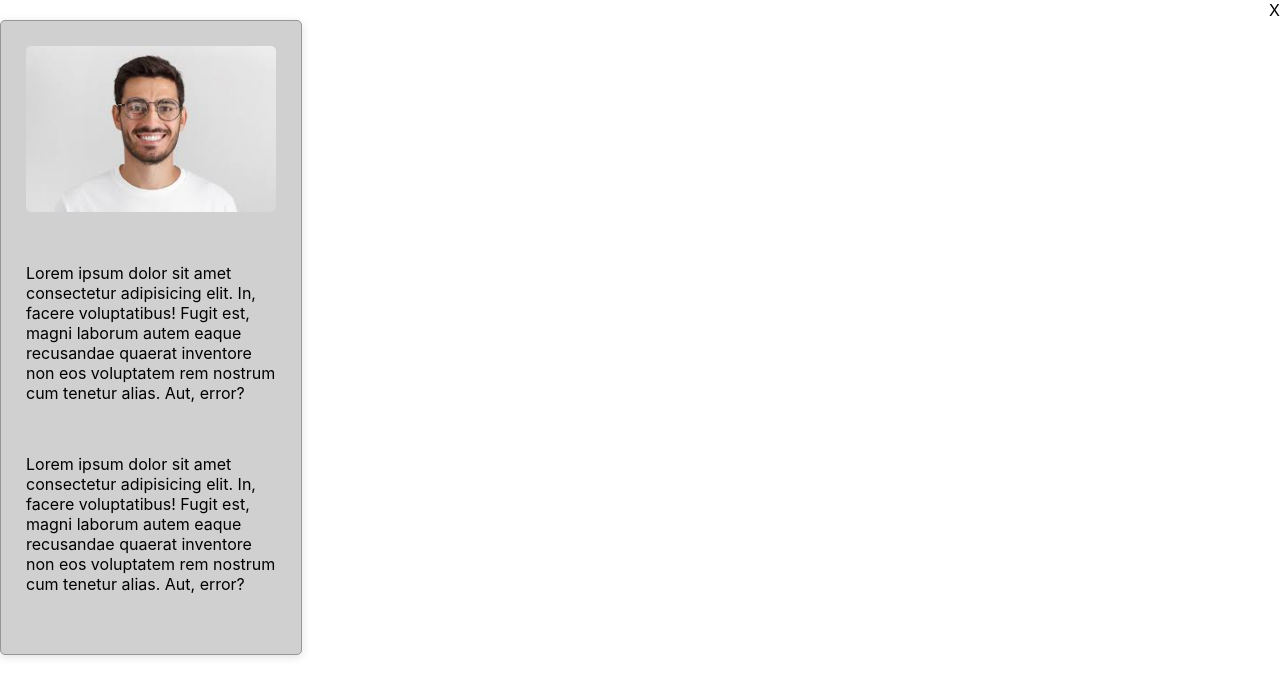
Repository: mikelnorth/team-profile-demo
Page: /
The author's editor kept a copy of each file at every save. The page is drawn from the files as they stood at one save, then again after the next save.
The browser window is 1280 px wide. The pictures show the whole page.
The project was rebuilt for these pictures with package versions that can differ from the ones it lists, and the page was loaded fresh each time.

Above is the page before, as saved 2022-05-19 18:59:04.

### src/App.js
import './App.css';
import Card from './components/Card';

function App() {
  return (
    <div className="App">
      <nav className="nav">X</nav>

      <main>
        <Card/>
      </main>

    </div>
  );
}

export default App;

### src/App.css
nav {
    display: flex;
    justify-content: flex-end;
    width: 100%;
}

### src/components/Card.js
import headshot from "../assets/images/stock-head.jpeg";
import './Card.scss';

export default function Card() {
  return (
    <section className="card">
      <img src={headshot} alt="headshot" />
      <p>
        Lorem ipsum dolor sit amet consectetur adipisicing elit. In, facere
        voluptatibus! Fugit est, magni laborum autem eaque recusandae quaerat
        inventore non eos voluptatem rem nostrum cum tenetur alias. Aut, error?
      </p>
      <p>
        Lorem ipsum dolor sit amet consectetur adipisicing elit. In, facere
        voluptatibus! Fugit est, magni laborum autem eaque recusandae quaerat
        inventore non eos voluptatem rem nostrum cum tenetur alias. Aut, error?
      </p>
    </section>
  );
}

### src/components/Card.scss
.card {
  display: flex;
  flex-direction: column;
  width: 250px;
  padding: 25px;
  background-color: #d0d0d0;
  border: 1px solid #969696;
  border-radius: 5px;
  box-shadow: rgba(99, 99, 99, 0.2) 0px 2px 8px 0px;

  img {
    border-radius: 5px;
  }

  p, img {
    margin-bottom: 35px;
  }
}

Loaded but not shown: public/index.html (common file); src/index.js (common file); src/index.css (common file); src/reportWebVitals.js (common file)

After the next save:
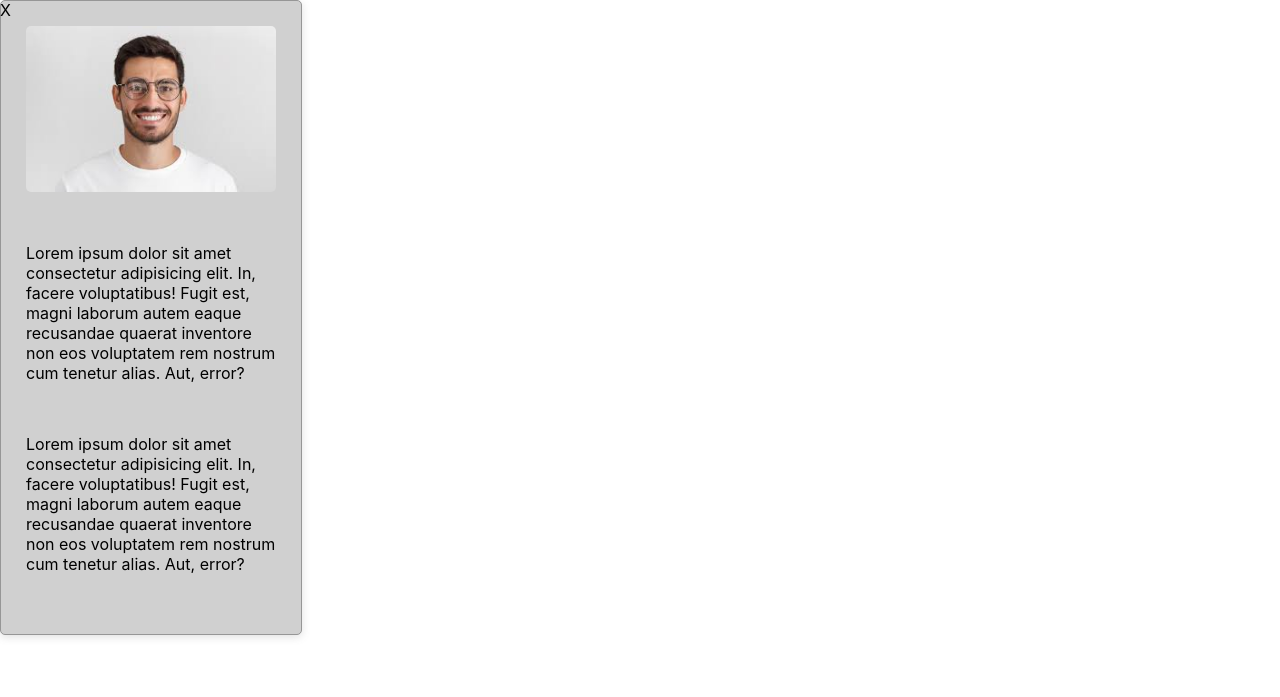
Saved 1 s later.
--- a/src/App.css
+++ b/src/App.css
@@ -1,5 +1,3 @@
 nav {
-    display: flex;
-    justify-content: flex-end;
-    width: 100%;
+  position: absolute
 }
